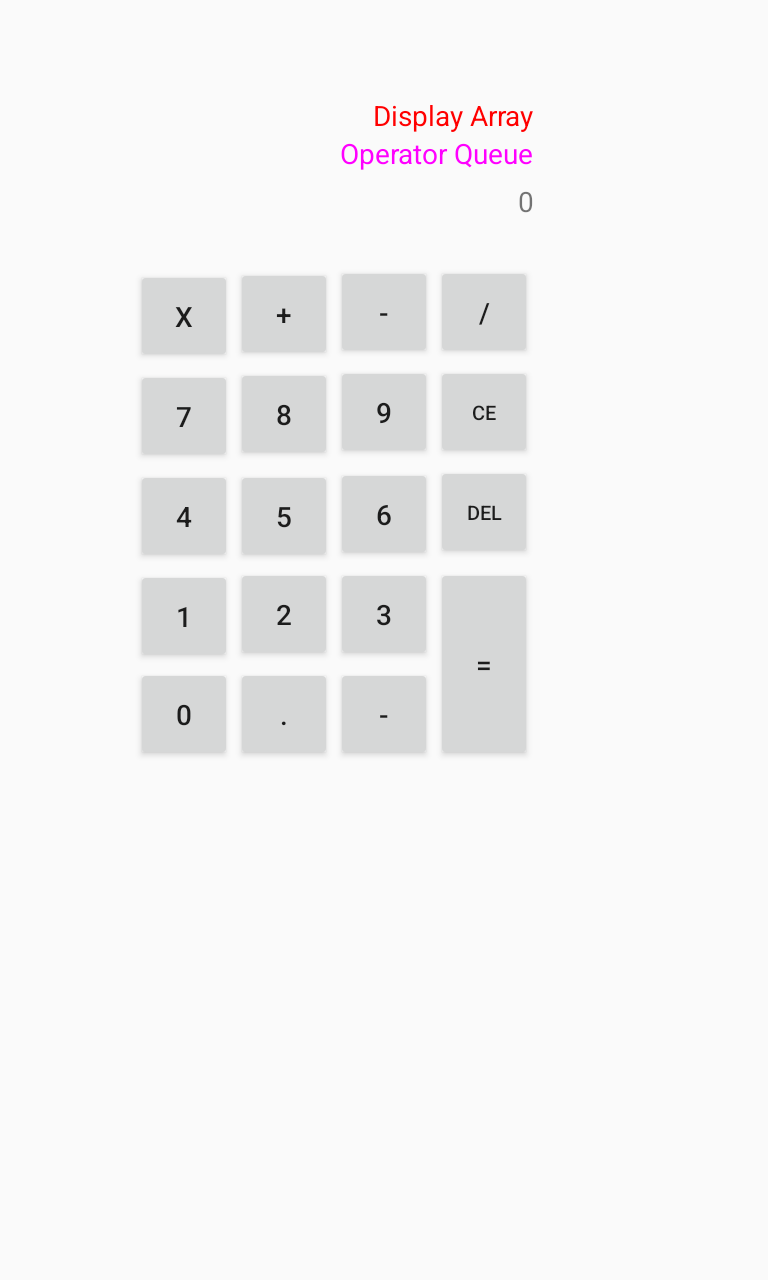
Repository: expensivecow/Calculator
Layout: Calculator_Implementation/res/layout/activity_main.xml
The author's editor kept a copy of each file at every save. The layout is drawn from the files as they stood at one save, then again after the next save.
It is drawn on a 768 x 1280 px phone screen (xhdpi) without system bars, with theme AppTheme; the app's code is not run.

Above is the layout before, as saved 2014-10-08 19:03:49.

After the next save:
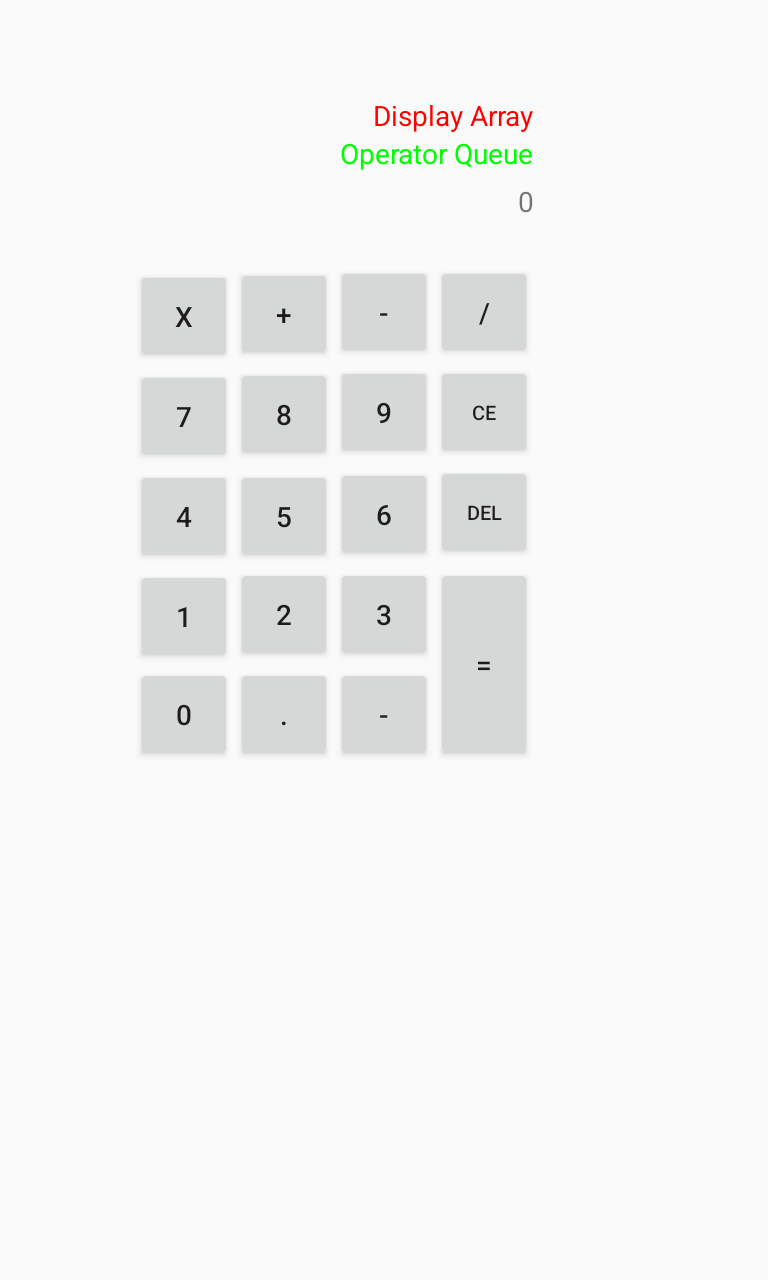
Saved 14 s later.
--- a/Calculator_Implementation/res/layout/activity_main.xml
+++ b/Calculator_Implementation/res/layout/activity_main.xml
@@ -196,7 +196,7 @@
         android:layout_height="wrap_content"
         android:layout_alignRight="@+id/DisplayResult"
         android:layout_below="@+id/DisplayArray"
-        android:textColor="#FF00FF"
+        android:textColor="#00FF00"
         android:text="@string/Operators" />
 
 </RelativeLayout>
